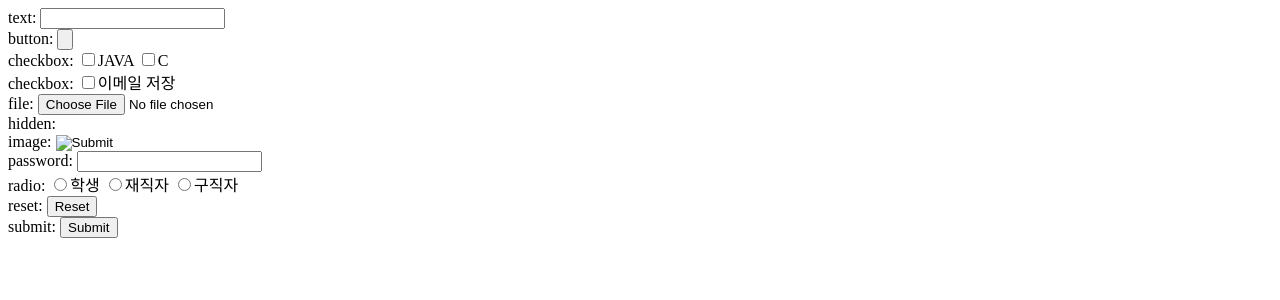
Repository: soso1525/bitcamp
Page: workspace/java-web/src/main/webapp/ch2/2-38.html
An editor plug-in stored every save of this project. The page is shown before and after the next save, followed by the edit.
The browser window is 1280 px wide. The pictures show the whole page.

Above is the page before, as saved 2017-12-12 07:15:02.

### workspace/java-web/src/main/webapp/ch2/2-38.html
<!DOCTYPE html>
<html>
<head>
    <title>HTML5 Basic</title>
</head>
<body>
    <form>
        text: <input type="text" /><br />
        button: <input type="button" /><br />
        checkbox: <input type="checkbox" name="lang" value="java"/>JAVA
                  <input type="checkbox" name="lang" value="c" />C<br/>
        checkbox: <input type="checkbox" name="saveEmail" />이메일 저장<br/>
        file: <input type="file" /><br />
        hidden: <input type="hidden" value="aa"/><br />
        image: <input type="image" /><br />
        password: <input type="password" /><br />
        radio: <input type="radio"/>학생
               <input type="radio"/>재직자
               <input type="radio"/>구직자 <br/>
        reset: <input type="reset" /><br />
        submit: <input type="submit" />
    </form>
</body>
</html>

After the next save:
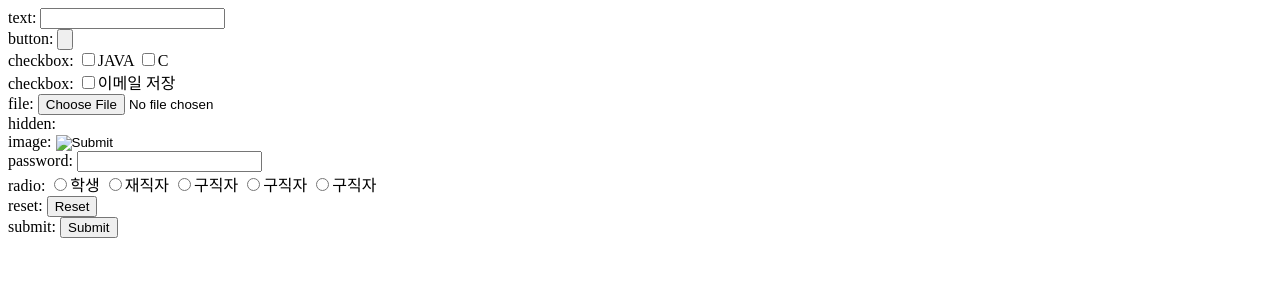
Saved 12 s later.
--- a/workspace/java-web/src/main/webapp/ch2/2-38.html
+++ b/workspace/java-web/src/main/webapp/ch2/2-38.html
@@ -16,6 +16,8 @@
         password: <input type="password" /><br />
         radio: <input type="radio"/>학생
                <input type="radio"/>재직자
+               <input type="radio"/>구직자
+               <input type="radio"/>구직자
                <input type="radio"/>구직자 <br/>
         reset: <input type="reset" /><br />
         submit: <input type="submit" />
